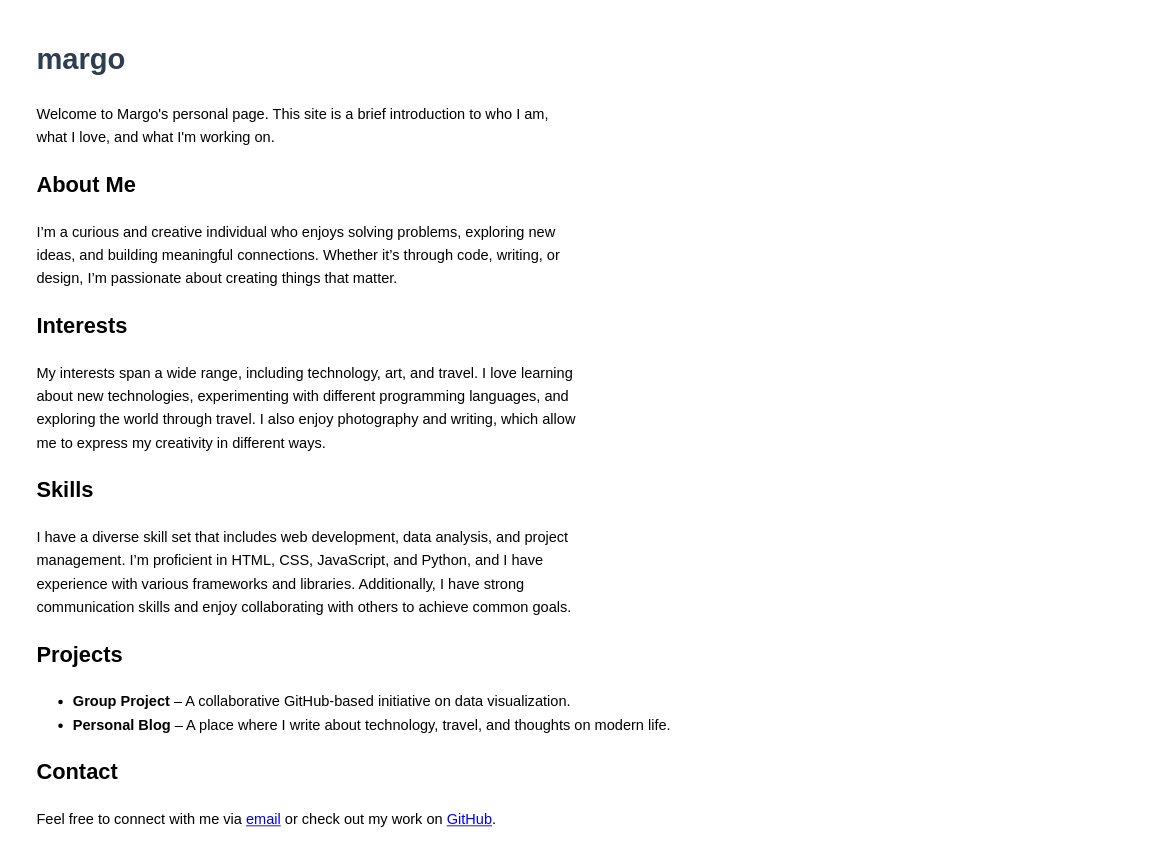
Repository: margo-m-chen/group_project
Page: my_file.html
These files come from the project's save history. The page is drawn as it stood at one moment and after the next save; the edit follows.
The browser window is 1280 px wide. The pictures show the whole page, at 91% of full size.

Above is the page before, as saved 2025-07-18 13:44:03.

### my_file.html
<!DOCTYPE html>
<html lang="en">

<head>
    <meta charset="UTF-8">
    <title>Margo</title>
    <style>
        body {
            font-family: Arial, sans-serif;
            margin: 40px;
            line-height: 1.6;
        }

        h1 {
            color: #2c3e50;
        }

        p {
            max-width: 600px;
        }
    </style>
</head>

<body>
    <h1>margo</h1>
    <p>
        Welcome to Margo's personal page. This site is a brief introduction to who I am, what I love, and what I'm
        working on.
    </p>
    <h2>About Me</h2>
    <p>
        I’m a curious and creative individual who enjoys solving problems, exploring new ideas, and building meaningful
        connections.
        Whether it’s through code, writing, or design, I’m passionate about creating things that matter.
    </p>
    <h2>Interests</h2>
    <p>
        My interests span a wide range, including technology, art, and travel. I love learning about new technologies,
        experimenting with different programming languages, and exploring the world through travel.
        I also enjoy photography and writing, which allow me to express my creativity in different ways.
    </p>
    <h2>Skills</h2>
    <p>
        I have a diverse skill set that includes web development, data analysis, and project management. I’m proficient
        in
        HTML, CSS, JavaScript, and Python, and I have experience with various frameworks and libraries.
        Additionally, I have strong communication skills and enjoy collaborating with others to achieve common goals.

    </p>





    <h2>Projects</h2>
    <ul>
        <li><strong>Group Project</strong> – A collaborative GitHub-based initiative on data visualization.</li>
        <li><strong>Personal Blog</strong> – A place where I write about technology, travel, and thoughts on modern
            life.</li>
    </ul>
    <h2>Contact</h2>
    <p>
        Feel free to connect with me via <a href="mailto:margo.m.chen@hsbc.com.cn">email</a> or check out my work on <a
            href="https://github.com/margo-m-chen" target="_blank">GitHub</a>.
    </p>
</body>

</html>

After the next save:
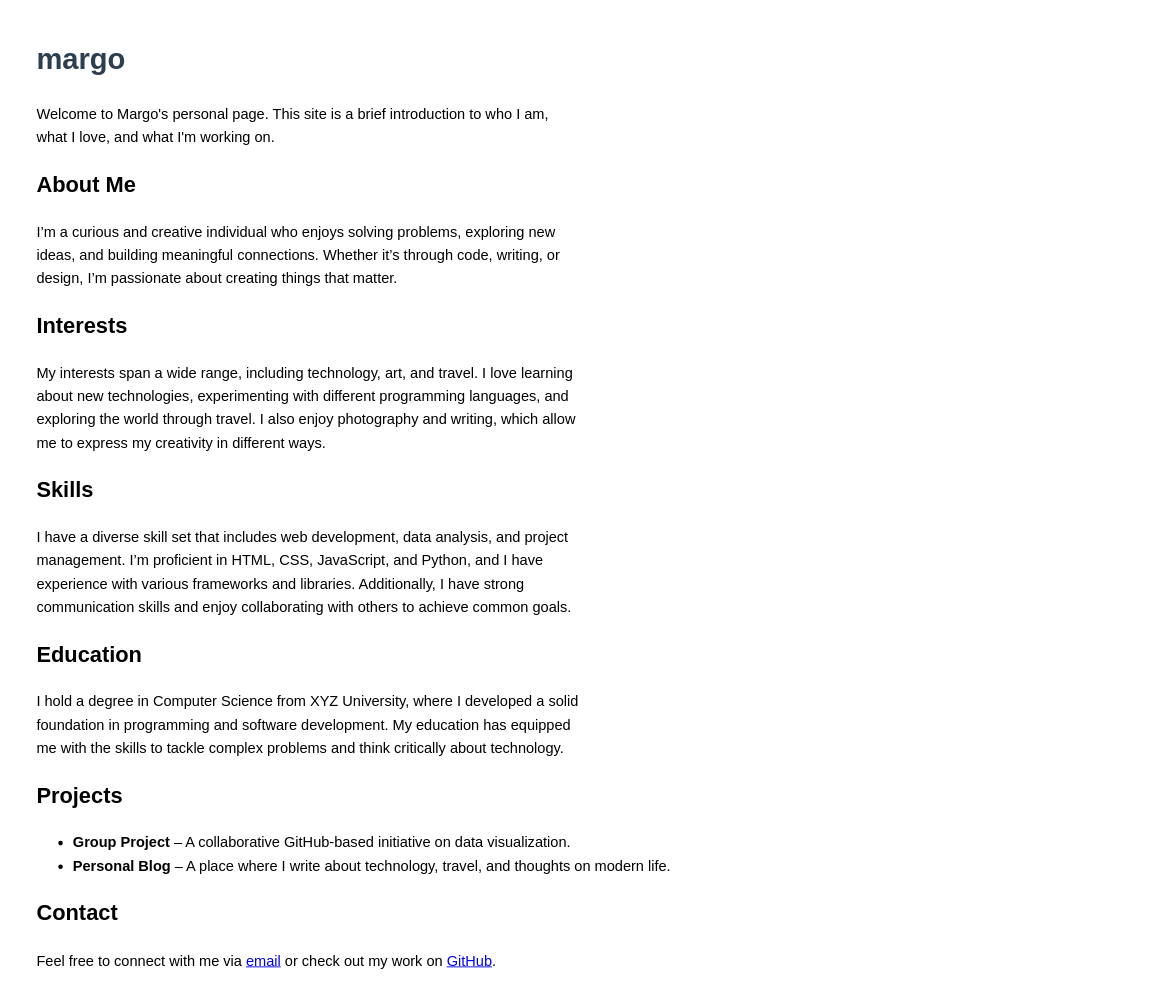
Saved 103 s later.
--- a/my_file.html
+++ b/my_file.html
@@ -48,6 +48,12 @@
 
     </p>
 
+    <h2>Education</h2>
+
+    <p>
+        I hold a degree in Computer Science from XYZ University, where I developed a solid foundation in programming and
+        software development.
+        My education has equipped me with the skills to tackle complex problems and think critically about technology.
 
 
 
